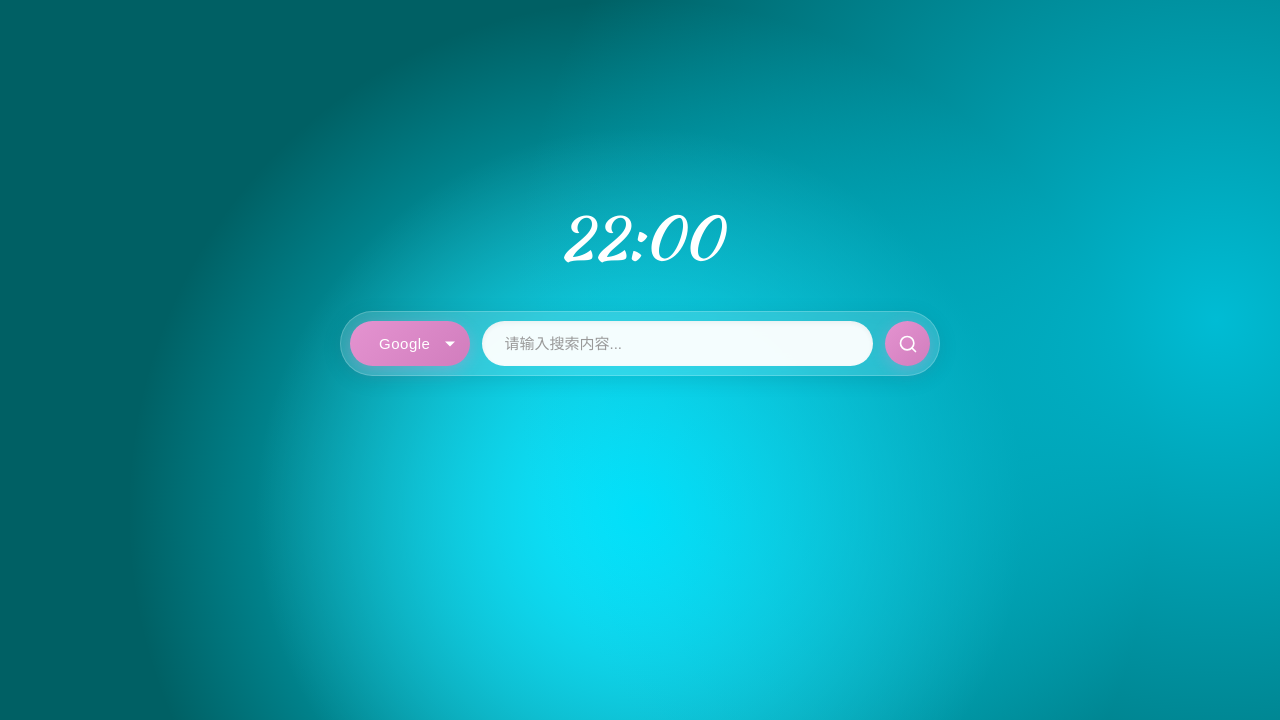
Repository: RADEKWRLD/NaviR
Page: index.html
These files come from the project's save history. The page is drawn as it stood at one moment and after the next save; the edit follows.
The browser window is 1280 px wide. The pictures show the whole page.

Above is the page before, as saved 2025-05-23 23:13:41.
Console error: TypeError: Cannot read properties of null (reading 'appendChild')

After the next save:
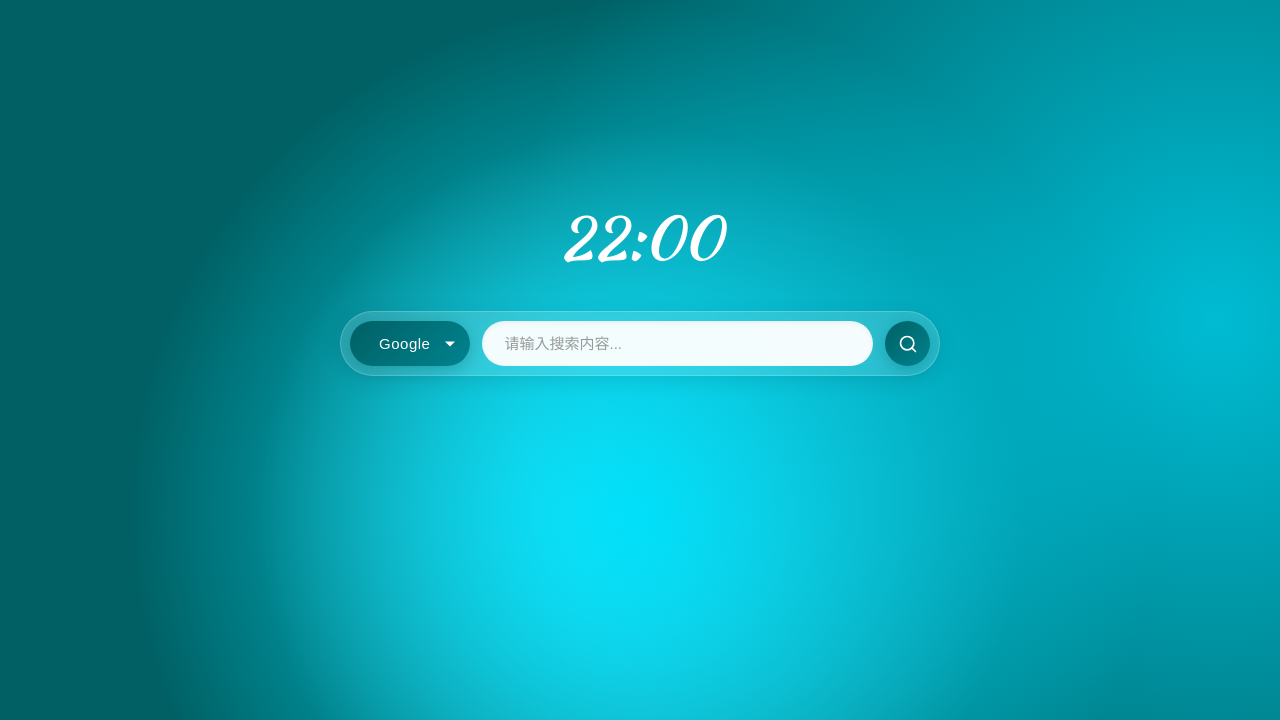
Saved 77 s later.
--- a/style.css
+++ b/style.css
@@ -12,6 +12,13 @@
     --gradient-3: rgba(254, 234, 131, 1);
     --gradient-4: rgba(170, 142, 245, 1);
     --gradient-5: rgba(248, 192, 147, 1);
+    /* Button colors */
+    --button-gradient-start: #e493d0;
+    --button-gradient-end: #d17dbd;
+    --button-hover-start: #d17dbd;
+    --button-hover-end: #e493d0;
+    --button-shadow: rgba(228, 147, 208, 0.3);
+    --button-hover-shadow: rgba(228, 147, 208, 0.4);
 }
 
 /* Color scheme 1 - Pink Theme */
@@ -22,6 +29,12 @@
     --gradient-3: rgba(254, 234, 131, 1);
     --gradient-4: rgba(170, 142, 245, 1);
     --gradient-5: rgba(248, 192, 147, 1);
+    --button-gradient-start: #e493d0;
+    --button-gradient-end: #d17dbd;
+    --button-hover-start: #d17dbd;
+    --button-hover-end: #e493d0;
+    --button-shadow: rgba(228, 147, 208, 0.3);
+    --button-hover-shadow: rgba(228, 147, 208, 0.4);
 }
 
 /* Color scheme 2 - Deep Ocean */
@@ -32,6 +45,12 @@
     --gradient-3: rgba(25, 118, 210, 1);
     --gradient-4: rgba(2, 136, 209, 1);
     --gradient-5: rgba(0, 188, 212, 1);
+    --button-gradient-start: #1a237e;
+    --button-gradient-end: #0d47a1;
+    --button-hover-start: #0d47a1;
+    --button-hover-end: #1a237e;
+    --button-shadow: rgba(26, 35, 126, 0.3);
+    --button-hover-shadow: rgba(26, 35, 126, 0.4);
 }
 
 /* Color scheme 3 - Forest */
@@ -42,6 +61,12 @@
     --gradient-3: rgba(76, 175, 80, 1);
     --gradient-4: rgba(129, 199, 132, 1);
     --gradient-5: rgba(165, 214, 167, 1);
+    --button-gradient-start: #1b5e20;
+    --button-gradient-end: #2e7d32;
+    --button-hover-start: #2e7d32;
+    --button-hover-end: #1b5e20;
+    --button-shadow: rgba(27, 94, 32, 0.3);
+    --button-hover-shadow: rgba(27, 94, 32, 0.4);
 }
 
 /* Color scheme 4 - Sunset */
@@ -52,6 +77,12 @@
     --gradient-3: rgba(255, 87, 34, 1);
     --gradient-4: rgba(255, 152, 0, 1);
     --gradient-5: rgba(255, 193, 7, 1);
+    --button-gradient-start: #d32f2f;
+    --button-gradient-end: #b71c1c;
+    --button-hover-start: #b71c1c;
+    --button-hover-end: #d32f2f;
+    --button-shadow: rgba(211, 47, 47, 0.3);
+    --button-hover-shadow: rgba(211, 47, 47, 0.4);
 }
 
 /* Color scheme 5 - Neon */
@@ -62,6 +93,12 @@
     --gradient-3: rgba(255, 0, 255, 1);
     --gradient-4: rgba(255, 255, 0, 1);
     --gradient-5: rgba(255, 0, 128, 1);
+    --button-gradient-start: #00e5ff;
+    --button-gradient-end: #00b8d4;
+    --button-hover-start: #00b8d4;
+    --button-hover-end: #00e5ff;
+    --button-shadow: rgba(0, 229, 255, 0.3);
+    --button-hover-shadow: rgba(0, 229, 255, 0.4);
 }
 
 /* Color scheme 6 - Royal */
@@ -72,6 +109,12 @@
     --gradient-3: rgba(156, 39, 176, 1);
     --gradient-4: rgba(186, 104, 200, 1);
     --gradient-5: rgba(233, 30, 99, 1);
+    --button-gradient-start: #4a148c;
+    --button-gradient-end: #7b1fa2;
+    --button-hover-start: #7b1fa2;
+    --button-hover-end: #4a148c;
+    --button-shadow: rgba(74, 20, 140, 0.3);
+    --button-hover-shadow: rgba(74, 20, 140, 0.4);
 }
 
 /* Color scheme 7 - Desert */
@@ -82,6 +125,12 @@
     --gradient-3: rgba(255, 112, 67, 1);
     --gradient-4: rgba(255, 171, 145, 1);
     --gradient-5: rgba(255, 204, 188, 1);
+    --button-gradient-start: #bf360c;
+    --button-gradient-end: #e65100;
+    --button-hover-start: #e65100;
+    --button-hover-end: #bf360c;
+    --button-shadow: rgba(191, 54, 12, 0.3);
+    --button-hover-shadow: rgba(191, 54, 12, 0.4);
 }
 
 /* Color scheme 8 - Aurora */
@@ -92,6 +141,12 @@
     --gradient-3: rgba(0, 229, 255, 1);
     --gradient-4: rgba(77, 208, 225, 1);
     --gradient-5: rgba(178, 235, 242, 1);
+    --button-gradient-start: #006064;
+    --button-gradient-end: #00838f;
+    --button-hover-start: #00838f;
+    --button-hover-end: #006064;
+    --button-shadow: rgba(0, 96, 100, 0.3);
+    --button-hover-shadow: rgba(0, 96, 100, 0.4);
 }
 
 /* Color scheme 9 - Cherry */
@@ -102,6 +157,12 @@
     --gradient-3: rgba(233, 30, 99, 1);
     --gradient-4: rgba(244, 143, 177, 1);
     --gradient-5: rgba(248, 187, 208, 1);
+    --button-gradient-start: #880e4f;
+    --button-gradient-end: #c2185b;
+    --button-hover-start: #c2185b;
+    --button-hover-end: #880e4f;
+    --button-shadow: rgba(136, 14, 79, 0.3);
+    --button-hover-shadow: rgba(136, 14, 79, 0.4);
 }
 
 /* Color scheme 10 - Emerald */
@@ -112,6 +173,12 @@
     --gradient-3: rgba(0, 150, 136, 1);
     --gradient-4: rgba(38, 166, 154, 1);
     --gradient-5: rgba(77, 182, 172, 1);
+    --button-gradient-start: #004d40;
+    --button-gradient-end: #00695c;
+    --button-hover-start: #00695c;
+    --button-hover-end: #004d40;
+    --button-shadow: rgba(0, 77, 64, 0.3);
+    --button-hover-shadow: rgba(0, 77, 64, 0.4);
 }
 
 body {
@@ -273,7 +340,7 @@ body {
 
 #search-form button {
     border: none;
-    background: linear-gradient(135deg, #e493d0, #d17dbd);
+    background: linear-gradient(135deg, var(--button-gradient-start), var(--button-gradient-end));
     color: white;
     font-family: 'Quicksand', sans-serif;
     cursor: pointer;
@@ -281,7 +348,7 @@ body {
     display: flex;
     align-items: center;
     justify-content: center;
-    box-shadow: 0 4px 15px rgba(228, 147, 208, 0.3);
+    box-shadow: 0 4px 15px var(--button-shadow);
 }
 
 #engine-btn {
@@ -296,9 +363,9 @@ body {
 }
 
 #search-form #search-btn:hover {
-    background: linear-gradient(135deg, #d17dbd, #e493d0);
+    background: linear-gradient(135deg, var(--button-hover-start), var(--button-hover-end));
     transform: scale(1.05) rotate(360deg);
-    box-shadow: 0 6px 20px rgba(228, 147, 208, 0.4);
+    box-shadow: 0 6px 20px var(--button-hover-shadow);
 }
 
 #search-form button svg {
@@ -319,7 +386,7 @@ body {
     padding: 0.7rem 1.8rem;
     border: none;
     border-radius: 25px;
-    background: rgba(255, 255, 255, 0.15);
+    background: linear-gradient(135deg, var(--button-gradient-start), var(--button-gradient-end));
     backdrop-filter: blur(10px);
     color: #fff;
     font-family: 'Quicksand', sans-serif;
@@ -332,7 +399,7 @@ body {
     align-items: center;
     justify-content: center;
     transition: all 0.3s ease;
-    box-shadow: 0 2px 8px rgba(0, 0, 0, 0.1);
+    box-shadow: 0 2px 8px var(--button-shadow);
     font-weight: 500;
     letter-spacing: 0.5px;
     position: relative;
@@ -354,9 +421,9 @@ body {
 }
 
 .engine-btn:hover {
-    background: rgba(255, 255, 255, 0.25);
+    background: linear-gradient(135deg, var(--button-hover-start), var(--button-hover-end));
     transform: translateY(-1px);
-    box-shadow: 0 4px 12px rgba(0, 0, 0, 0.15);
+    box-shadow: 0 4px 12px var(--button-hover-shadow);
 }
 
 .engine-menu {
